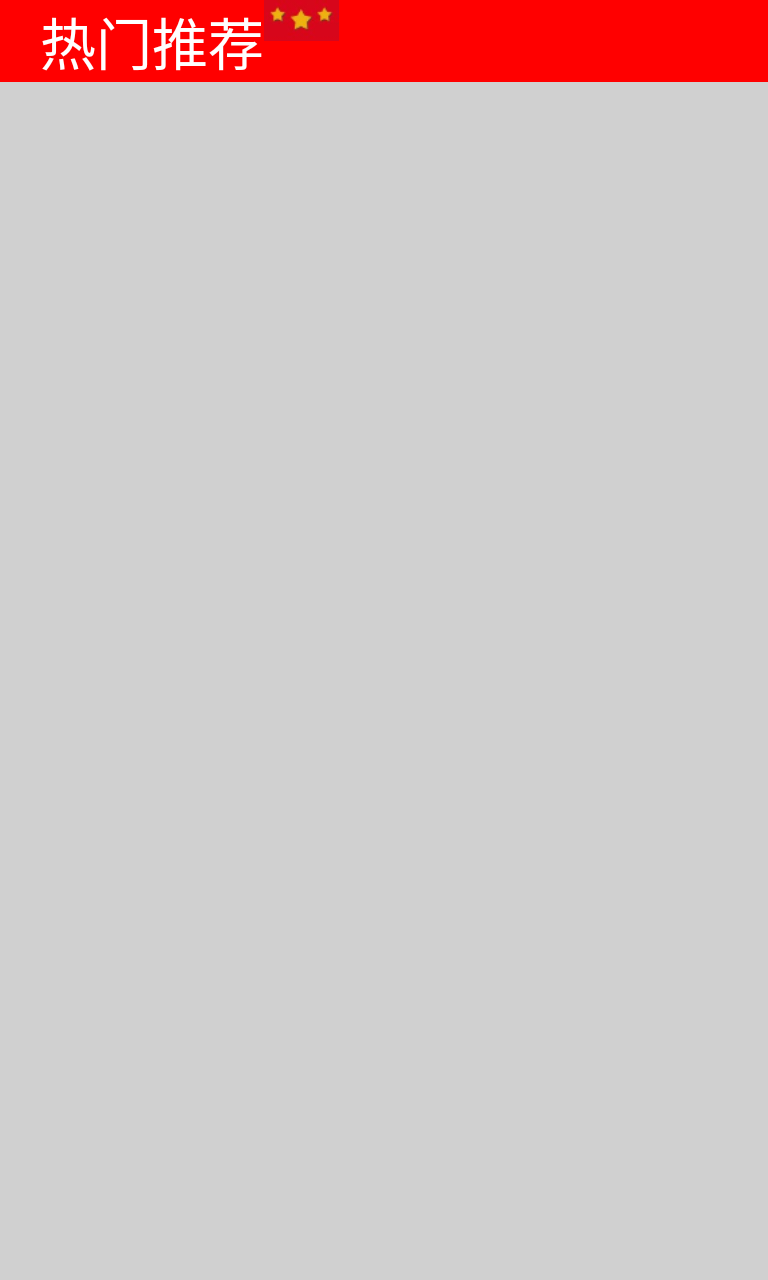
Repository: hhxiaojQCS/QCS_ListView
Layout: QCS/res/layout/activity_toprecommended.xml
These files come from the project's save history. The layout is drawn as it stood at one moment and after the next save; the edit follows.
It is drawn on a 768 x 1280 px phone screen (xhdpi) without system bars, with theme AppTheme; the app's code is not run. Lists and similar views that code fills are empty.

Above is the layout before, as saved 2013-08-07 07:00:05.

After the next save:
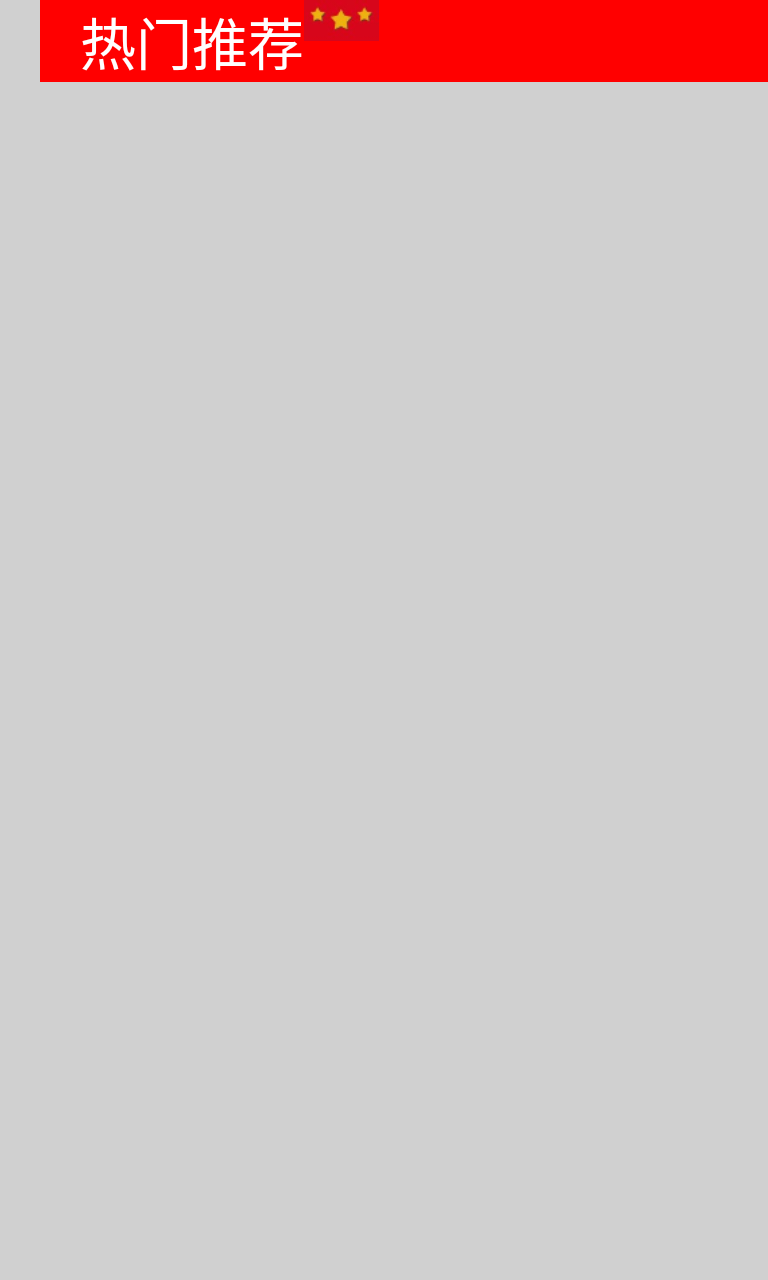
Saved 4 min 14 s later.
--- a/QCS/res/layout/activity_toprecommended.xml
+++ b/QCS/res/layout/activity_toprecommended.xml
@@ -4,7 +4,8 @@
     android:layout_width="fill_parent"
     android:layout_height="fill_parent"
     android:background="#d0d0d0"
-    android:orientation="vertical" >
+    android:orientation="vertical"
+    android:paddingLeft="20dip" >
 
     <LinearLayout
         android:layout_width="fill_parent"

After the save that followed:
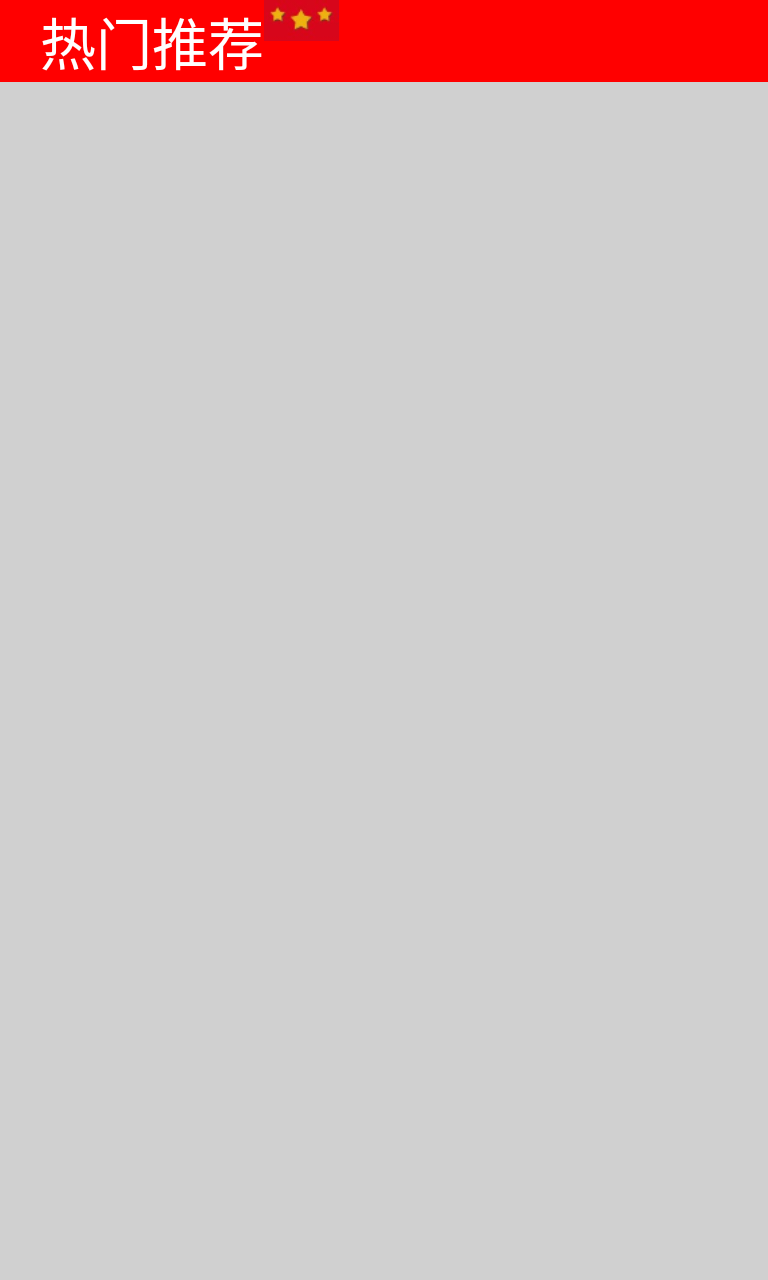
Saved 38 s later.
--- a/QCS/res/layout/activity_toprecommended.xml
+++ b/QCS/res/layout/activity_toprecommended.xml
@@ -5,7 +5,7 @@
     android:layout_height="fill_parent"
     android:background="#d0d0d0"
     android:orientation="vertical"
-    android:paddingLeft="20dip" >
+     >
 
     <LinearLayout
         android:layout_width="fill_parent"
